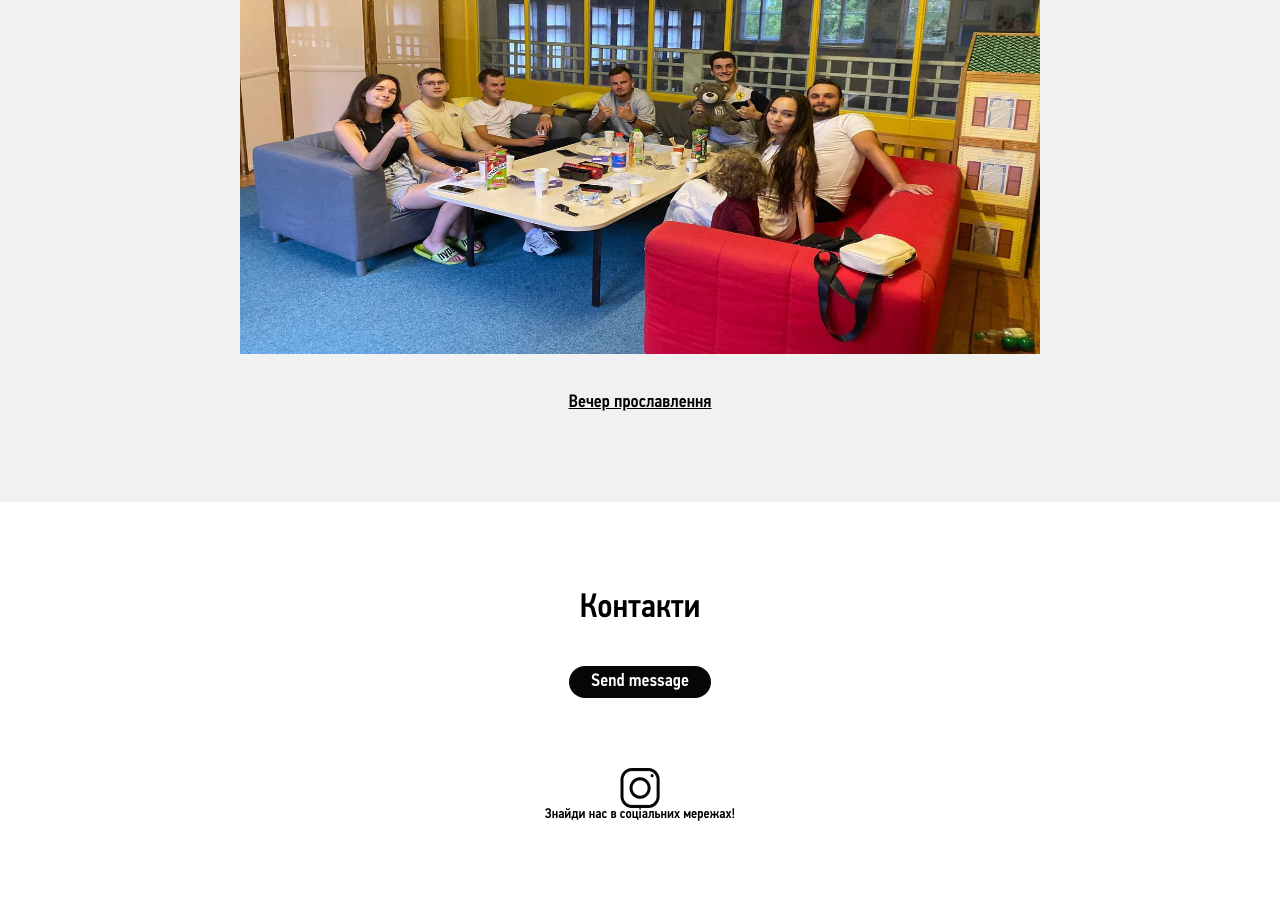
Repository: Bohdan-Sandovenko/youth-project
Page: index.html
An editor plug-in stored every save of this project. The page is shown before and after the next save, followed by the edit.
The browser window is 1280 px wide. The pictures show the part of the page from y = 2724 to 3676 px (the page is 3636 px tall before and 3676 px after).
Some web fonts or font styles are not loaded; a fallback is used. The style sheet was rebuilt from its Sass, Less or Tailwind sources for each picture, by a compiler version that may differ from the author's.

Above is the page before, as saved 2024-09-23 20:49:49.

### index.html
<!DOCTYPE html>
<html lang="en">
<head>
    <meta charset="UTF-8">
    <meta name="viewport" content="width=device-width, initial-scale=1.0">
    <title>Pharos - Christian youth</title>
    <link rel="stylesheet" href="css/style.css">
    <link rel="stylesheet" href="css/media.css">
</head>
<body>
    <header class="header">
        <div class="container">
            <!--Header nav-->
            <div class="header-nav">
                <a href="#!" class="logo">Pharos</a>
                <nav class="nav">
                    <ul class="nav-list">
                        <li class="nav-item"><a href="" class="nav-link">Главная</a></li>
                        <li class="nav-item"><a href="" class="nav-link">О Нас</a></li>
                        <li class="nav-item"><a href="" class="nav-link">Фотогалерея</a></li>
                        <li class="nav-item"><a href="" class="nav-link">Контакты</a></li>
                    </ul>
                </nav>
            </div>
            <!--header content-->
            <div class="header-row">
                <div class="header-content">
                    <h1 class="header-heading">Молодіжка в Ґданську</h1>
                    <p>Щосуботи о 19:00 Generała Henryka Dąbrowskiego 11</p>
                </div>
                <div class="header-img">
                    <img src="./img/cross-chrisitian.png" alt="">
                </div>
            </div>
        </div>
    </header>
    <section class="services">
        <div class="container">
            <div class="services-row">
                <div class="service-card">
                    <img class='service-card-img'src="./img/icons/bible.png" alt="">
                    <h3 class="service-card-title">Проповіді</h3>
                </div>

                <div class="service-card">
                    <img class='service-card-img' src="./img/icons/sing-song.png" alt="">
                    <h3 class="service-card-title">Прославлення</h3>
                </div>

                <div class="service-card">
                    <img class='service-card-img' src="./img/icons/active-games.png" alt="">
                    <h3 class="service-card-title">Вільний час</h3>
                </div>
            </div>
        </div>
    </section>
    <section class="images">
        <div class="container">
            <div class="images-title">
                <h2 class="title-1">Чим ми займаємося?</h2>
            </div>
            <div class="images-about-us">
                <img src="img/sermons.jpg" alt="" class="about-image">
                <h3 class="worhip-title"><a href="#!">Вечер прославлення</a></h3>
            </div>

            <div class="images-about-us">
                <img src="img/worship.JPG" alt="" class="about-image">
                <h3 class="worhip-title"><a href="#!">Вечер прославлення</a></h3>
            </div>

            <div class="images-about-us">
                <img src="img/young-conversation.jpg" alt="" class="about-image">
                <h3 class="worhip-title"><a href="#!">Вечер прославлення</a></h3>
            </div>
        </div>
    </section>
    <footer class="contacts">
        <div class="container">
            <div class="contacts-title">
                <h2 class="title-1">Контакти</h2>
            </div>
            <div class="contacts-button">
                <a href="#!" class="btn">Send message</a>
            </div>
            <div class="contacts-social">
                <a href=""><img src="./img/instagram.png" alt="Instagram"></a>
            </div>
            <div class="contacts-footer">
                Знайди нас в соціальних мережах!
            </div>
        </div>
    </footer>
    <script src="./js/main.js"></script>
</body>
</html>

### css/style.scss
@import "nullstyles.scss";

@font-face {
    font-family: 'Poppins';
    src: url('../fonts/Poppins/PFDinTextCondPro-Medium.woff2') format('woff2');
    font-weight: 900;
    font-style: bold;
    font-display: swap;
}

@font-face {
    font-family: 'Permanent Marker';
    src: url('../fonts/Permanent/PermanentMarker-Regular.woff2') format('woff2');
    font-weight: normal;
    font-style: normal;
    font-display: swap;
}

%title {
    font-size: 34px;
    font-weight: 600;
}

body {
    color: black;
    font-family: 'Poppins', sans-serif;

    .header {
        padding: 46px 0px 0px 0px;
        background-color: #F1F1F1;

        .container {
            max-width: 1230px;
            padding: 0 30px;
            margin: 0 auto;

            .header-nav {
                display: flex;
                justify-content: space-between;
                align-items: flex-end;
                margin-bottom: 76px;

                .logo {
                    font-family: 'Permanent Marker';
                    font-weight: 700;
                    font-size: 40px;
                    color: black;
                }

                .nav-list {
                    display: flex;
                    column-gap: 50px; //оступы между элементами
                    font-size: 14px;

                    .nav-item {
                        .nav-link {
                            color: black;

                            &:hover {
                                color: #606060;
                            }
                        }
                    }
                }
            }

            .header-row {
                display: flex;
                justify-content: space-between;
                column-gap: 30px;

                .header-content {
                    max-width: 500px;
                    align-self: center;

                    .header-heading {
                        font-weight: 600;
                        margin-bottom: 20px;
                        font-size: 44px;
                    }

                    p {
                        line-height: 2;
                    }
                }
            }
        }
    }

    //Service
    .services {
        padding: 90px 0px;

        .container {
            display: flex;
            justify-content: center;

            .services-row {
                display: flex;
                column-gap: 40px;

                .service-card {


                    .service-card-img {
                        height: 70px;
                        width: 70px;
                        margin-bottom: 30px;
                    }

                    .service-card-title {
                        font-weight: 600;
                        font-size: 24px;
                        margin-bottom: 10px;
                        text-transform: uppercase;
                    }

                    & p {
                        line-height: 2;
                    }
                }
            }
        }
    }
}

//images
.images {
    background-color: #F1F1F1;
    padding: 90px 0px;

    .container {
        .images-title {
            text-align: center;
            margin-bottom: 70px;

            .title-1 {
                font-size: 34px;
                font-weight: 600;
            }
        }

        .images-about-us {
            text-align: center;

            &+.images-about-us {
                margin-top: 90px;
            }

            .about-image {
                height: 500px;
                width: 800px;
                margin-bottom: 40px;
            }

            .worhip-title {
                font-size: 18px;

                & a {
                    color: #000;
                    text-decoration: underline;
                }
            }
        }
    }
}

.contacts {
    padding: 90px 0px;
    text-align: center;

    .container {
        .contacts-title {
            margin-bottom: 40px;

            .title-1 {
                @extend %title;
            }
        }

        .contacts-button {
            margin-bottom: 70px;

            & .btn {
                background-color: #070707;
                display: inline-block; //щоб працювала, як блок, але ширина оприділялася внутрі
                padding: 7px 22px;
                border-radius: 30px;
                font-size: 18px;
                color: white;
                transition: background-color 0.2s ease-in;

                &:hover {
                    background-color: #212020;
                }
            }

            .contacts-social {
                margin-bottom: 40px;
            }
        }
    }
}

### css/nullstyles.scss
* {
    padding: 0;
    margin: 0;
    border: 0;
}


*,
*:before,
*:after {
    -webkit-box-sizing: border-box;
    -moz-box-sizing: border-box;
    box-sizing: border-box;
}


:focus,
:active {
    outline: none;
}

a:focus,
a:active {
    outline: none;
}


nav,
footer,
header,
aside {
    display: block;
}


html,
body {
    height: 100%;
    width: 100%;
    font-size: 100%;
    line-height: 1;
    font-size: 14px;
    -ms-text-size-adjust: 100%;
    -moz-text-size-adjust: 100%;
    -webkit-text-size-adjust: 100%;
}


input,
button,
textarea {
    font-family: inherit;
}


input::-ms-clear {
    display: none;
}

button {
    cursor: pointer;
}

button::-moz-focus-inner {
    padding: 0;
    border: 0;
}

a,
a:visited {
    text-decoration: none;
}

a:hover {
    text-decoration: none;
}

ul li {
    list-style: none;
}

img {
    vertical-align: top;
}

h1,
h2,
h3,
h4,
h5,
h6 {
    font-size: inherit;
    font-weight: 400;
}

Loaded but not shown: js/main.js (no stored copy; drawn as an empty file); css/media.scss (no stored copy; drawn as an empty file)

After the next save:
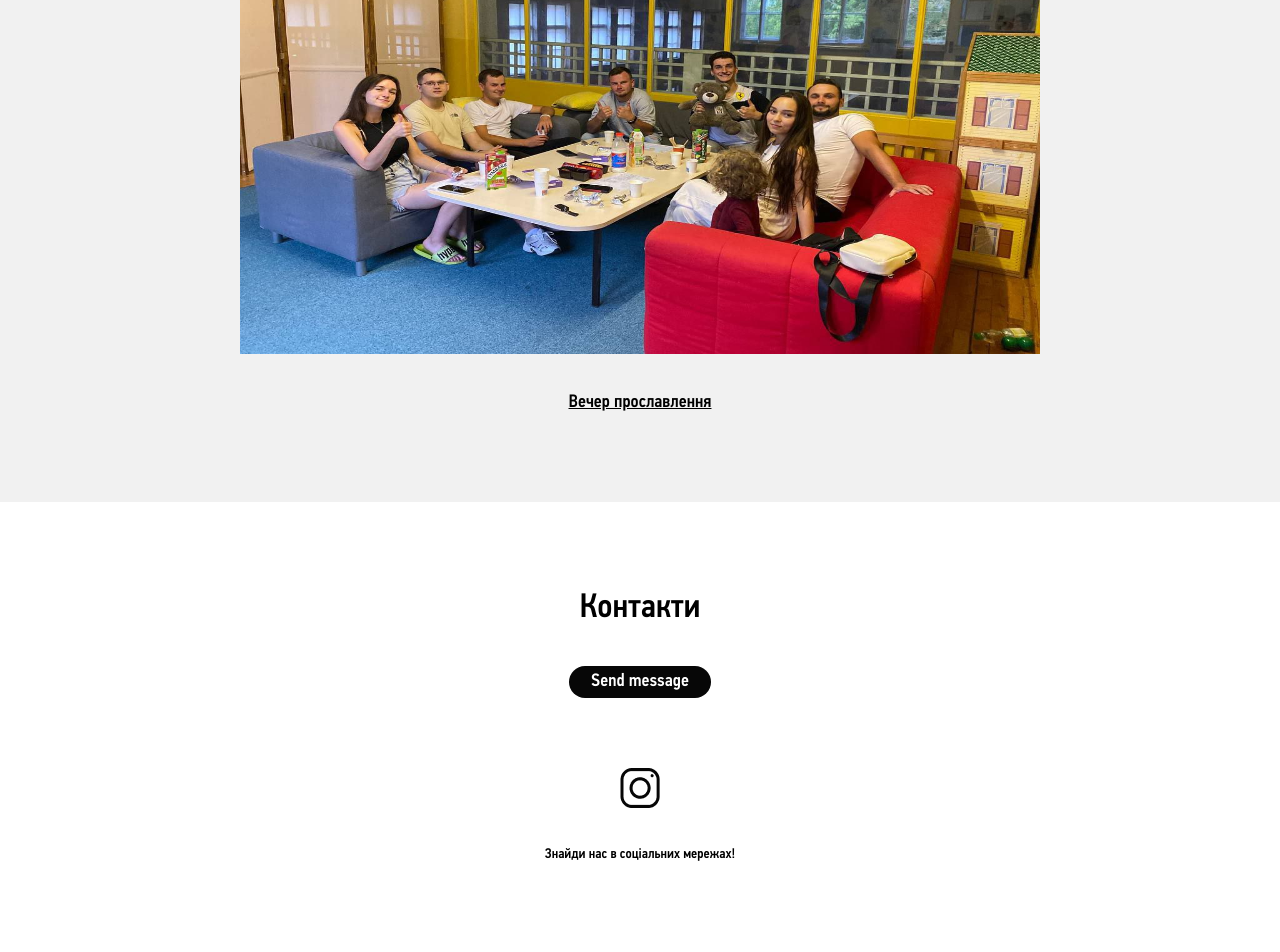
Saved 40 s later.
--- a/css/style.scss
+++ b/css/style.scss
@@ -195,9 +195,10 @@ body {
                 }
             }
 
-            .contacts-social {
-                margin-bottom: 40px;
-            }
-        }
-    }
-}
+        }
+
+        .contacts-social {
+            margin-bottom: 40px;
+        }
+    }
+}
